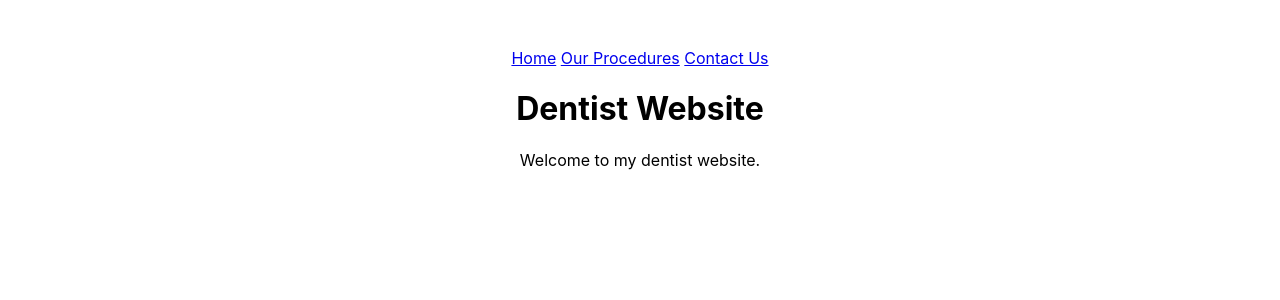
Repository: neldad1/dentist-app
Page: /
The author's editor kept a copy of each file at every save. The page is drawn from the files as they stood at one save, then again after the next save.
The browser window is 1280 px wide. The pictures show the whole page.
The project was rebuilt for these pictures with package versions that can differ from the ones it lists, and the page was loaded fresh each time. Also part of the build but not shown: src/Contact.js, src/Procedures.js.

Above is the page before, as saved 2022-03-08 20:17:51.

After the next save:
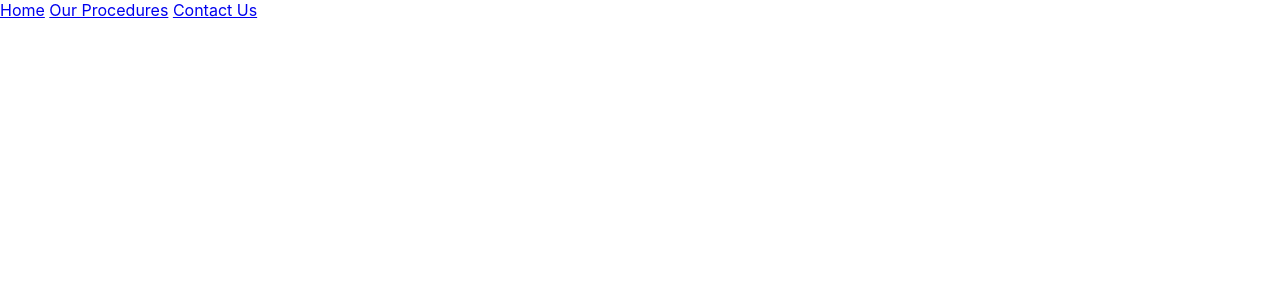
Saved 7 min 36 s later.
--- a/src/App.js
+++ b/src/App.js
@@ -7,20 +7,18 @@
 function App() {
   return (
     <BrowserRouter>
-      <div className="App">
-        <nav>
-          <Link to="/">Home</Link>
-          {'  '}
-          <Link to="/procedures">Our Procedures</Link>
-          {'  '}
-          <Link to="/contact">Contact Us</Link>
-        </nav>
-        <Routes className="App">
-          <Route exact path="/" element={<Home />} />
-          <Route path="/procedures" element={<Procedures />} />
-          <Route path="/contact" element={<Contact />} />
-        </Routes>
-      </div>
+      <nav>
+        <Link to="/">Home</Link>
+        {'  '}
+        <Link to="/procedures">Our Procedures</Link>
+        {'  '}
+        <Link to="/contact">Contact Us</Link>
+      </nav>
+      <Routes className="App">
+        <Route exact path="/" element={() => <Home className="App" />} />
+        <Route path="/procedures" element={<Procedures />} />
+        <Route path="/contact" element={<Contact />} />
+      </Routes>
     </BrowserRouter>
   );
 }

After the save that followed:
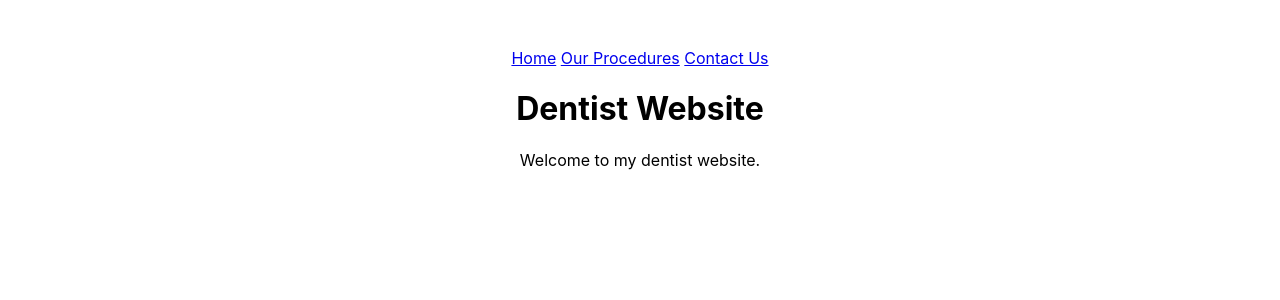
Saved 33 s later.
--- a/src/App.js
+++ b/src/App.js
@@ -7,18 +7,20 @@
 function App() {
   return (
     <BrowserRouter>
-      <nav>
-        <Link to="/">Home</Link>
-        {'  '}
-        <Link to="/procedures">Our Procedures</Link>
-        {'  '}
-        <Link to="/contact">Contact Us</Link>
-      </nav>
-      <Routes className="App">
-        <Route exact path="/" element={() => <Home className="App" />} />
-        <Route path="/procedures" element={<Procedures />} />
-        <Route path="/contact" element={<Contact />} />
-      </Routes>
+      <div className="App">
+        <nav>
+          <Link to="/">Home</Link>
+          {'  '}
+          <Link to="/procedures">Our Procedures</Link>
+          {'  '}
+          <Link to="/contact">Contact Us</Link>
+        </nav>
+        <Routes className="App">
+          <Route exact path="/" element={<Home />} />
+          <Route path="/procedures" element={<Procedures />} />
+          <Route path="/contact" element={<Contact />} />
+        </Routes>
+      </div>
     </BrowserRouter>
   );
 }
